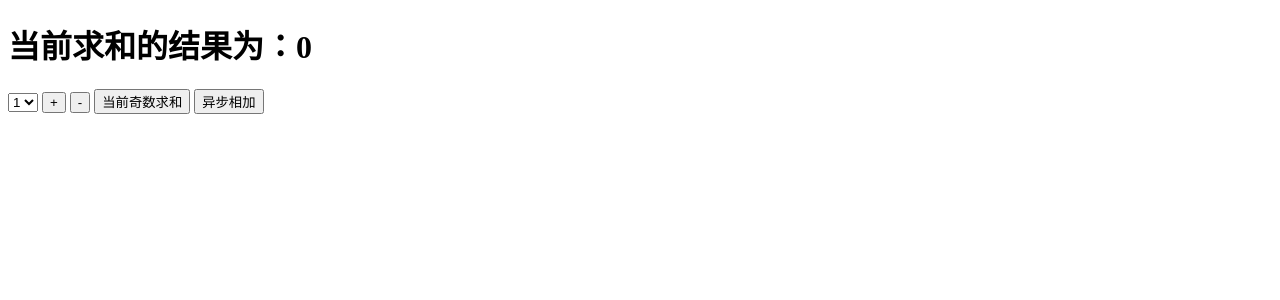
Repository: wanwan-520/myProject_1
Page: /
These files come from the project's save history. The page is drawn as it stood at one moment and after a run of saves; the edit follows.
The browser window is 1280 px wide. The pictures show the whole page.
The project was rebuilt for these pictures with package versions that can differ from the ones it lists, and the page was loaded fresh each time.

Above is the page before, as saved 2022-03-25 20:51:07.

After the next 9 saves:
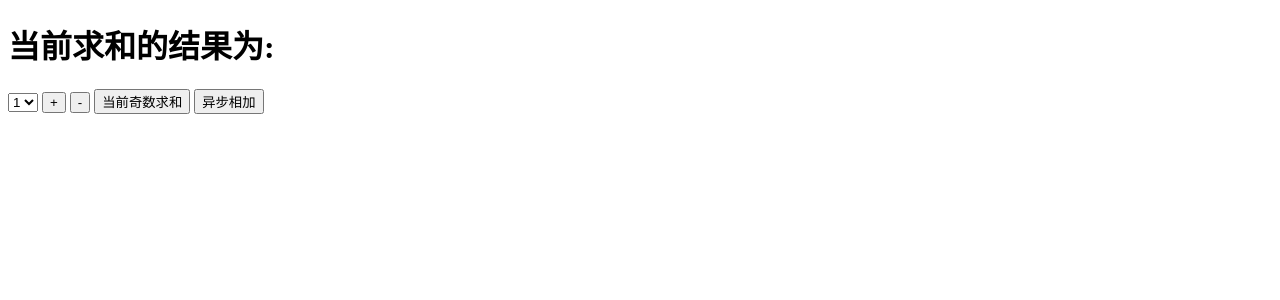
The 9 saves are shown as one change because 1 did not build or start and some came seconds apart.
The last was saved 63 s later.
--- a/src/Components/Count/index.jsx
+++ b/src/Components/Count/index.jsx
@@ -27,7 +27,7 @@ incrementAsync=()=>{
   render() {
     return (
       <div>
-         <h1>当前求和的结果为：0</h1>
+         <h1>当前求和的结果为:{this.count}</h1>
          <select ref={c=>this.selectNumber = c}>
               <option value="1">1</option>
               <option value="2">2</option>
